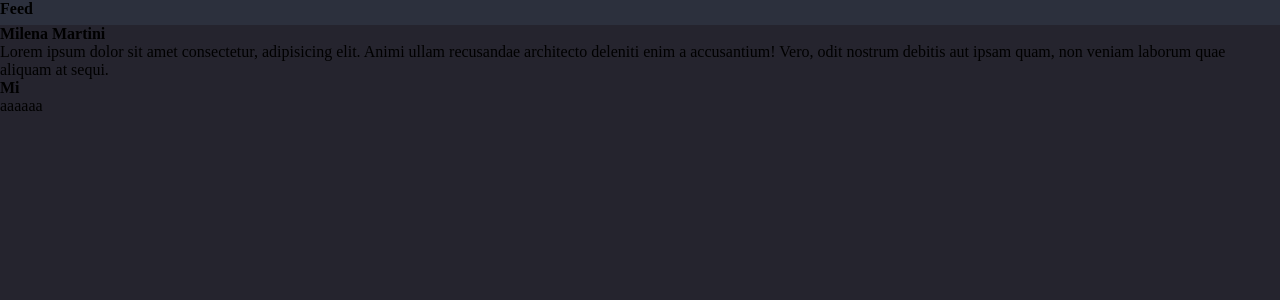
Repository: MilenaMartini/IgniteRckReactJs
Page: /
An editor plug-in stored every save of this project. The page is shown before and after a run of saves, followed by the edit.
The browser window is 1280 px wide. The pictures show the whole page.
The project was rebuilt for these pictures with package versions that can differ from the ones it lists, and the page was loaded fresh each time. Also part of the build but not shown: vite.config.js.

Above is the page before, as saved 2023-04-14 14:55:34.

After the next 3 saves:
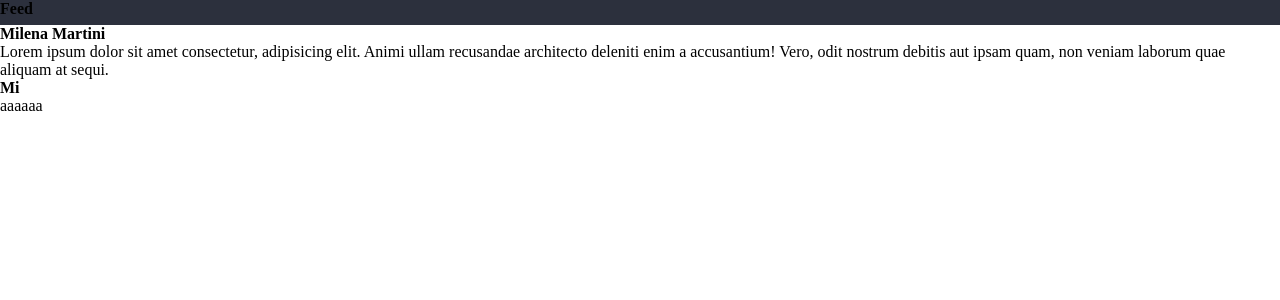
The 3 saves are shown as one change because they came seconds apart.
The last was saved 2 min 6 s later.
--- a/src/Global.css
+++ b/src/Global.css
@@ -19,6 +19,6 @@
 }
 
 body{
-  background-color: #25242e;
+  background: var;
 
 }
